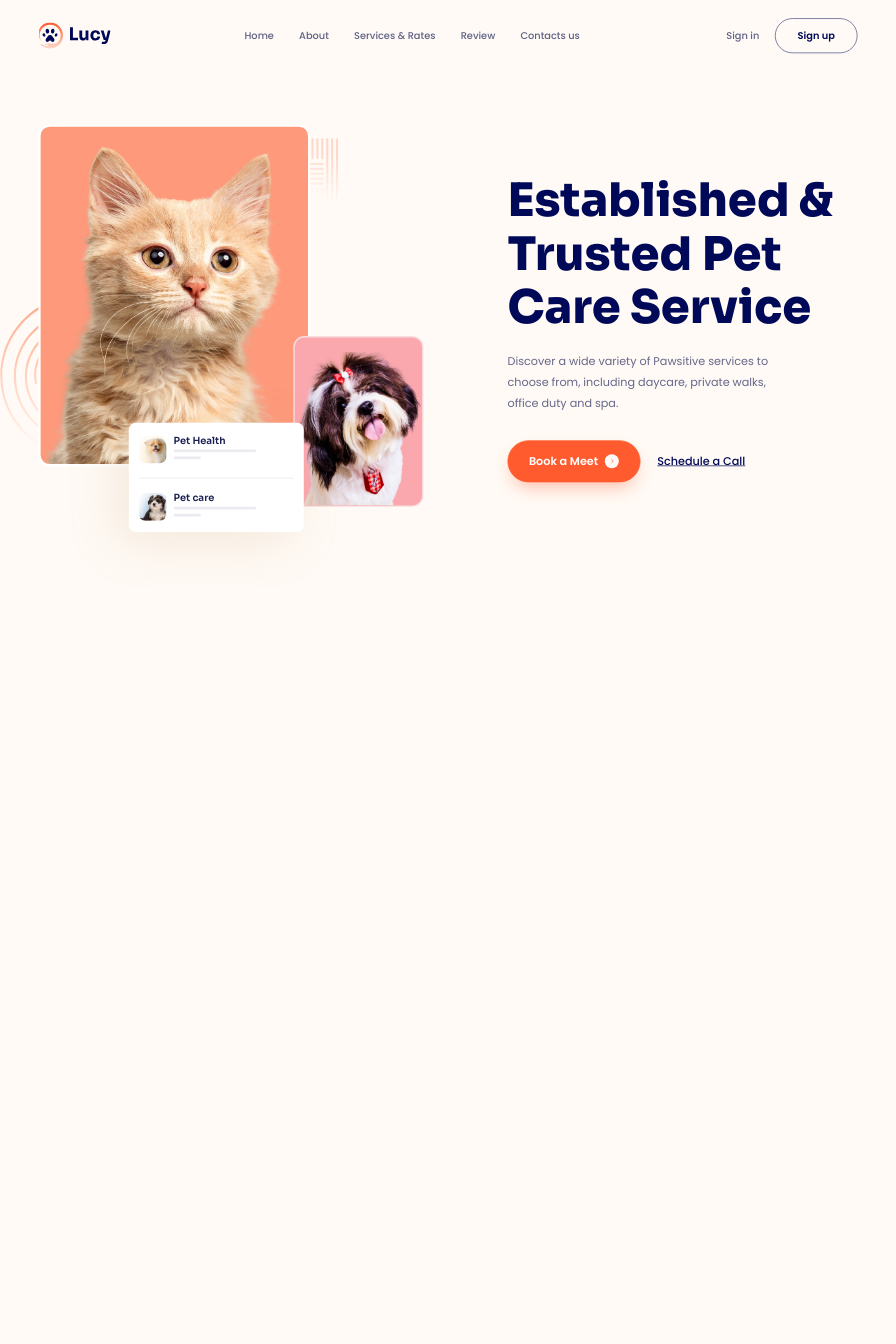
Repository: anhtien111198/f8-htmlcss-04
Page: index.html
The author's editor kept a copy of each file at every save. The page is drawn from the files as they stood at one save, then again after the next save.
The browser window is 1280 px wide. The pictures show the part of the page from y = 0 to 1920 px (the page is 5000 px tall), at 70% of full size.

Above is the page before, as saved 2023-05-17 12:20:44.

### index.html
<!DOCTYPE html>
<html lang="en">
    <head>
        <meta charset="UTF-8" />
        <meta http-equiv="X-UA-Compatible" content="IE=edge" />
        <meta name="viewport" content="width=device-width, initial-scale=1.0" />
        <title>Lucy - Established &amp Trusted Pet Care Service</title>
        <!-- favicon -->
        <link
            rel="apple-touch-icon"
            sizes="57x57"
            href="./assets/favicon/apple-icon-57x57.png"
        />
        <link
            rel="apple-touch-icon"
            sizes="60x60"
            href="./assets/favicon/apple-icon-60x60.png"
        />
        <link
            rel="apple-touch-icon"
            sizes="72x72"
            href="./assets/favicon/apple-icon-72x72.png"
        />
        <link
            rel="apple-touch-icon"
            sizes="76x76"
            href="./assets/favicon/apple-icon-76x76.png"
        />
        <link
            rel="apple-touch-icon"
            sizes="114x114"
            href="./assets/favicon/apple-icon-114x114.png"
        />
        <link
            rel="apple-touch-icon"
            sizes="120x120"
            href="./assets/favicon/apple-icon-120x120.png"
        />
        <link
            rel="apple-touch-icon"
            sizes="144x144"
            href="./assets/favicon/apple-icon-144x144.png"
        />
        <link
            rel="apple-touch-icon"
            sizes="152x152"
            href="./assets/favicon/apple-icon-152x152.png"
        />
        <link
            rel="apple-touch-icon"
            sizes="180x180"
            href="./assets/favicon/apple-icon-180x180.png"
        />
        <link
            rel="icon"
            type="image/png"
            sizes="192x192"
            href="./assets/favicon/android-icon-192x192.png"
        />
        <link
            rel="icon"
            type="image/png"
            sizes="32x32"
            href="./assets/favicon/favicon-32x32.png"
        />
        <link
            rel="icon"
            type="image/png"
            sizes="96x96"
            href="./assets/favicon/favicon-96x96.png"
        />
        <link
            rel="icon"
            type="image/png"
            sizes="16x16"
            href="./assets/favicon/favicon-16x16.png"
        />
        <link rel="manifest" href="./assets/favicon/manifest.json" />
        <meta name="msapplication-TileColor" content="#ffffff" />
        <meta
            name="msapplication-TileImage"
            content="./assets/favicon/ms-icon-144x144.png"
        />
        <meta name="theme-color" content="#ffffff" />
        <!-- reset css-->
        <link rel="stylesheet" href="./assets/css/reset.css" />
        <!-- Embed font family-->
        <link rel="preconnect" href="https://fonts.googleapis.com" />
        <link rel="preconnect" href="https://fonts.gstatic.com" crossorigin />
        <link
            href="https://fonts.googleapis.com/css2?family=Poppins:wght@300;400;500;600&family=Sora:wght@400;500;600;700;800&display=swap"
            rel="stylesheet"
        />
        <!-- style css -->
        <link rel="stylesheet" href="./assets/css/style.css" />
    </head>
    <body style="height: 5000px">
        <!-- header -->
        <header class="header">
            <div class="container">
                <div class="header__inner">
                    <!-- logo -->
                    <img src="./assets/images/logo.svg" alt="" class="logo" />
                    <!-- navbar -->
                    <nav class="navbar">
                        <ul class="navbar__list">
                            <li class="navbar__item">
                                <a href="#!" class="navbar__link">Home</a>
                            </li>
                            <li class="navbar__item">
                                <a href="#!" class="navbar__link">About</a>
                            </li>
                            <li class="navbar__item">
                                <a href="#!" class="navbar__link">
                                    Services &amp Rates
                                </a>
                            </li>
                            <li class="navbar__item">
                                <a href="#!" class="navbar__link">Review</a>
                            </li>
                            <li class="navbar__item">
                                <a href="#!" class="navbar__link">
                                    Contacts us
                                </a>
                            </li>
                        </ul>
                    </nav>
                    <!-- header action -->
                    <div class="header-action">
                        <a href="#!" class="header-action__link">Sign in</a>
                        <a href="#!" class="header-action__btn btn">Sign up</a>
                    </div>
                </div>
            </div>
        </header>
        <!-- hero -->
        <section class="hero">
            <div class="container">
                <div class="hero__inner">
                    <!-- hero media -->
                    <div class="hero__media">
                        <div class="hero__img-wrap">
                            <img
                                src="./assets/images/pet-01.png"
                                alt=""
                                class="hero__img"
                            />
                            <!-- decorators -->
                            <img
                                src="./assets/images/decor-01.svg"
                                alt=""
                                class="hero__decor hero__decor-left"
                            />
                            <img
                                src="./assets/images/decor-02.svg"
                                alt=""
                                class="hero__decor hero__decor-right"
                            />
                        </div>
                        <div class="hero__img-wrap hero__img-wrap-small">
                            <img
                                src="./assets/images/pet-02.png"
                                alt=""
                                class="hero__img hero__img-small"
                            />
                        </div>
                        <div class="hero__list">
                            <section class="hero-list-item">
                                <img
                                    src="./assets/images/pet-03.png"
                                    alt=""
                                    class="hero-list-item__thumb"
                                />
                                <div class="hero-list-item__info">
                                    <p class="hero-list-item__title">
                                        Pet Health
                                    </p>
                                    <div class="hero-list-item__skeleton"></div>
                                    <div class="hero-list-item__skeleton"></div>
                                </div>
                            </section>
                            <div class="hero-list-item__separate"></div>
                            <section class="hero-list-item">
                                <img
                                    src="./assets/images/pet-04.png"
                                    alt=""
                                    class="hero-list-item__thumb"
                                />
                                <div class="hero-list-item__info">
                                    <p class="hero-list-item__title">
                                        Pet care
                                    </p>
                                    <div class="hero-list-item__skeleton"></div>
                                    <div class="hero-list-item__skeleton"></div>
                                </div>
                            </section>
                        </div>
                    </div>
                    <!-- hero content -->
                    <section class="hero__content">
                        <h1 class="hero__heading">
                            Established &amp Trusted Pet Care Service
                        </h1>
                        <p class="hero__desc">
                            Discover a wide variety of Pawsitive services to
                            choose from, including daycare, private walks,
                            office duty and spa.
                        </p>
                        <div class="hero__row">
                            <a href="#!" class="btn btn--primary hero__cta-btn">
                                Book a Meet
                                <span class="btn__icon">
                                    <svg
                                        width="5"
                                        height="6"
                                        viewBox="0 0 5 6"
                                        fill="none"
                                        xmlns="http://www.w3.org/2000/svg"
                                    >
                                        <path
                                            d="M1.48584 0.5L3.98584 3L1.48584 5.5"
                                            stroke="#FD5056"
                                            stroke-linecap="round"
                                            stroke-linejoin="round"
                                        />
                                    </svg>
                                </span>
                            </a>
                            <a href="#!" class="hero__cta-link">
                                Schedule a Call
                            </a>
                        </div>
                    </section>
                </div>
            </div>
        </section>
    </body>
</html>

### assets/css/style.css
* {
    box-sizing: border-box;
}
:root {
    --primary-color: #ff5b2e;
}
html {
    font-size: 62.5%;
}
body {
    font-size: 1.6rem;
    font-family: "Poppins", sans-serif;
    background: #fffaf5;
}
/* ======================Common=================== */
a {
    text-decoration: none;
}
h1,
h2,
h3,
h4,
h5,
h6 {
    font-family: "Sora", sans-serif;
}
input,
textarea,
button,
select {
    font-size: inherit;
    font-family: inherit;
}
.container {
    width: 1170px;
    max-width: calc(100% - 48px);
    margin: 0 auto;
}
.btn {
    --height: 56px;
    display: inline-flex;
    align-items: center;
    justify-content: center;
    min-width: 130px;
    height: var(--height);
    line-height: var(--height);
    border: 1px solid rgba(0, 9, 88, 0.7);
    border-radius: 99px;
    font-weight: 600;
    font-size: 1.4rem;
    text-align: center;
    color: #000958;
}
.btn:hover {
    opacity: 0.9;
    cursor: pointer;
}
.btn--primary {
    color: #fff;
    background: var(--primary-color);
    border-color: var(--primary-color);
}
.btn__icon {
    display: flex;
    align-items: center;
    justify-content: center;
    margin-left: 10px;
    width: 20px;
    height: 20px;
    border-radius: 50%;
    background: #fffaf5;
}
/* ===========header============== */
.header {
    position: sticky;
    top: -26px;
    z-index: 1;
    padding: 26px 0;
}
.header__inner {
    display: flex;
    align-items: center;
    justify-content: space-between;
}
.navbar__list {
    display: flex;
}
.navbar__link,
.header-action__link {
    padding: 8px 18px;
    font-weight: 500;
    font-size: 1.4rem;
    line-height: 1;
    color: #5e6085;
}
.navbar__link:hover {
    color: #000958;
    text-shadow: 1px 0 0 currentColor;
}
.header-action__btn {
    --height: 50px;
    min-width: 118px;
}
/* =======Hero======= */
.hero {
    margin-top: 76px;
}
.hero__inner {
    display: flex;
    align-items: center;
    justify-content: space-between;
    column-gap: 120px;
}
.hero__media {
    display: flex;
    position: relative;
    padding-bottom: 94px;
}
.hero__img-wrap {
    position: relative;
    display: flex;
    align-items: flex-end;
    justify-content: center;
    width: 388px;
    height: 488px;
    background: #fe997b;
    border-radius: 16px;
    border: 3px solid #fff;
}
.hero__img {
    max-width: 100%;
    max-height: 100%;
    border-radius: inherit;
}
.hero__decor {
    position: absolute;
    z-index: -1;
}
.hero__decor-left {
    left: -58px;
    bottom: 10px;
}
.hero__decor-right {
    top: 16px;
    right: -43px;
}
.hero__img-wrap-small {
    align-self: flex-end;
    width: 186px;
    height: 244px;
    margin: 0 0 -58px -24px;
    border: 2px solid #f7dddf;
    background: #faa7ad;
}
.hero__list {
    position: absolute;
    left: 129px;
    bottom: 0;
    width: 250px;
    height: 156px;
    padding: 18px 14px;
    background: #fff;
    box-shadow: -17px 14px 68px -4px rgba(207, 174, 132, 0.25);
    border-radius: 10px;
}
.hero-list-item {
    display: flex;
}
.hero-list-item__thumb {
    width: 40px;
    height: 40px;
    border-radius: 10px;
    object-fit: cover;
}
.hero-list-item__info {
    margin-left: 10px;
}
.hero-list-item__title {
    font-family: "Sora", sans-serif;
    font-weight: 600;
    font-size: 1.4rem;
    line-height: 1;
    color: #181e52;
}
.hero-list-item__skeleton {
    margin-top: 6px;
    width: 118px;
    height: 4px;
    background: #000958;
    opacity: 0.08;
    border-radius: 10px;
}
.hero-list-item__skeleton:last-child {
    width: 39px;
}
.hero-list-item__separate {
    width: 100%;
    height: 2px;
    margin: 20px 0;
    border-radius: 99px;
    background: #f2f2f2;
}
.hero-list-item:nth-child(2) .hero-list-item__thumb {
    background: #c6e2fa;
}
.hero__heading {
    font-weight: 800;
    font-size: 6.6rem;
    line-height: 1.15;
    color: #000958;
}
.hero__desc {
    margin-top: 24px;
    max-width: 391px;
    font-weight: 400;
    font-size: 1.6rem;
    line-height: 1.88;
    color: #656689;
}
.hero__row {
    display: flex;
    align-items: center;
    margin-top: 38px;
}
.hero__cta-btn {
    --height: 60px;
    min-width: 190px;
    font-size: 1.6rem;
    box-shadow: 0px 13px 26px -8px rgba(255, 91, 46, 0.42);
}
.hero__cta-link {
    margin-left: 24px;
    font-weight: 500;
    font-size: 1.6rem;
    line-height: 1;
    text-decoration-line: underline;
    color: #000958;
}

Loaded but not shown: assets/css/reset.css (common file)

After the next save:
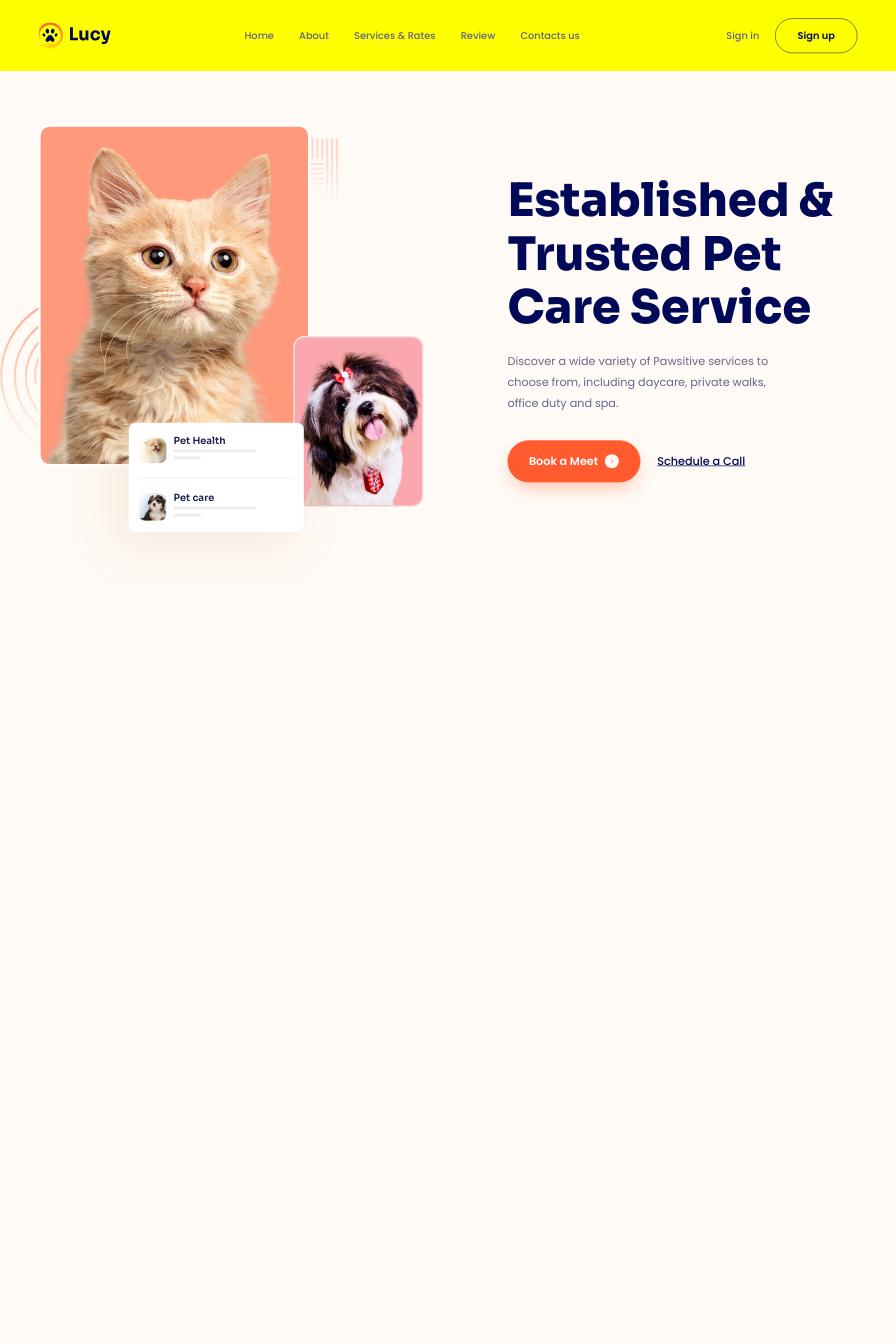
Saved 3 min 37 s later.
--- a/assets/css/style.css
+++ b/assets/css/style.css
@@ -76,6 +76,7 @@ select {
     top: -26px;
     z-index: 1;
     padding: 26px 0;
+    background: yellow;
 }
 .header__inner {
     display: flex;
